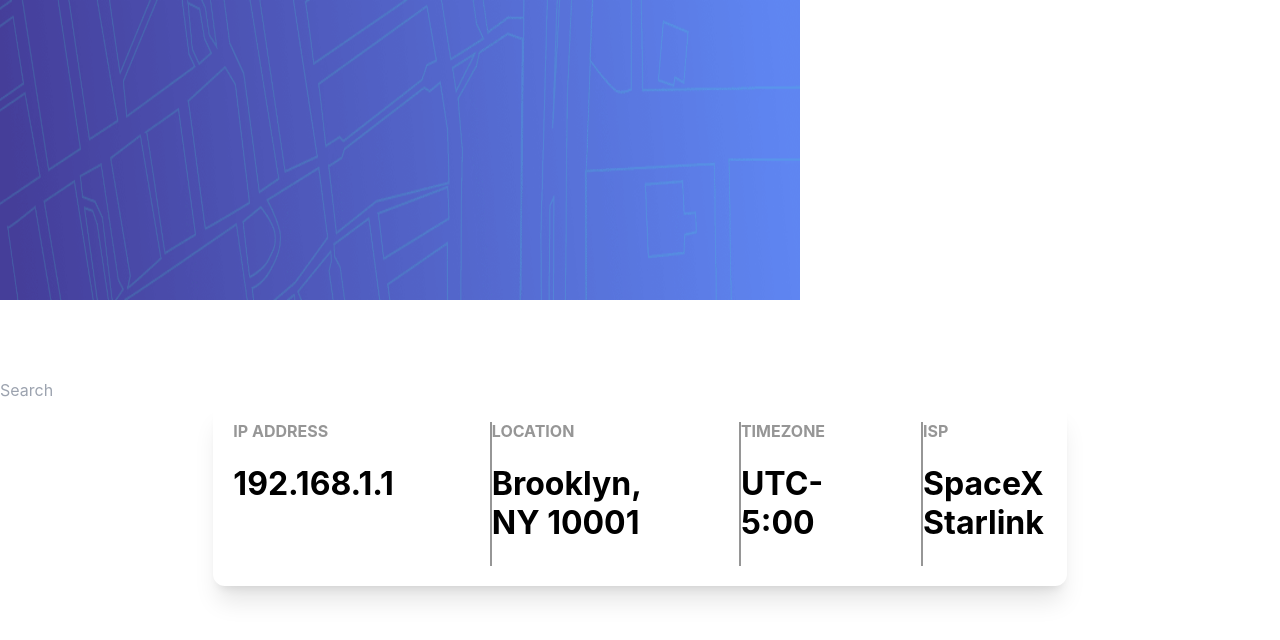
Repository: Dealsy/IP-Tracker
Page: /
These files come from the project's save history. The page is drawn as it stood at one moment and after the next save; the edit follows.
The browser window is 1280 px wide. The pictures show the whole page.
The project was rebuilt for these pictures with package versions that can differ from the ones it lists, and the page was loaded fresh each time. The framework's server and built-in components were replaced by stand-ins that run in the browser. Also part of the build but not shown: next.config.js.

Above is the page before, as saved 2022-04-21 21:41:48.

### pages/index.js
import Head from "next/head";
import Image from "next/image";
import Backdrop from "../images/pattern-bg.png";

export default function Home() {
  return (
    <div>
      <Head>
        <title>Create Next App</title>
        <meta name="description" content="Generated by create next app" />
        <link rel="icon" href="/favicon.ico" />
      </Head>

      <main>
        <div>
          <Image
            src={Backdrop}
            alt="Picture of backdrop"
            width={800}
            height={300}
          />

          <h1 className="text-white">IP Address Tracker</h1>
          <input type="search" placeholder="Search" />
        </div>
        <div className="flex flex-row justify-evenly border-0 shadow-xl w-4/6 m-auto rounded-xl p-5">
          <div className=" border-r-2 border-Gray pr-24">
            <h3>IP ADDRESS</h3>
            <h2> 192.168.1.1 </h2>
          </div>
          <div className=" border-r-2 border-Gray pr-24">
            <h3> LOCATION </h3>
            <h2> Brooklyn, NY 10001 </h2>
          </div>
          <div className=" border-r-2 border-Gray pr-24">
            <h3>TIMEZONE</h3>
            <h2> UTC-5:00 </h2>
          </div>
          <div>
            <h3>ISP</h3>
            <h2>SpaceX Starlink</h2>
          </div>
        </div>
      </main>

      <footer></footer>
    </div>
  );
}

### styles/globals.css
@tailwind base;
@tailwind components;
@tailwind utilities;


h1 {
  font-size: 2.5rem;
  font-weight: 700;
  line-height: 1.2;
  margin-bottom: 1.5rem;
}

h2 {
  font-size: 2rem;
  font-weight: 700;
  line-height: 1.2;
  margin-bottom: 1.5rem;
}

h3 {
  font-size: 1rem;
  font-weight: 700;
  line-height: 1.2;
  margin-bottom: 1.5rem;
  color: #969696;
}


html,
body {
  padding: 0;
  margin: 0;
  font-family: -apple-system, BlinkMacSystemFont, Segoe UI, Roboto, Oxygen,
    Ubuntu, Cantarell, Fira Sans, Droid Sans, Helvetica Neue, sans-serif;
}

a {
  color: inherit;
  text-decoration: none;
}

* {
  box-sizing: border-box;
}

### tailwind.config.js
module.exports = {
  content: [
    "./pages/**/*.{js,ts,jsx,tsx}",
    "./components/**/*.{js,ts,jsx,tsx}",
  ],
  theme: {
    extend: {
      colors: {
        "Dark-Gray": "#2b2b2b",
        Gray: "#969696",
      },
    },
  },
  plugins: [],
};

Loaded but not shown: pages/_app.js (common file)

After the next save:
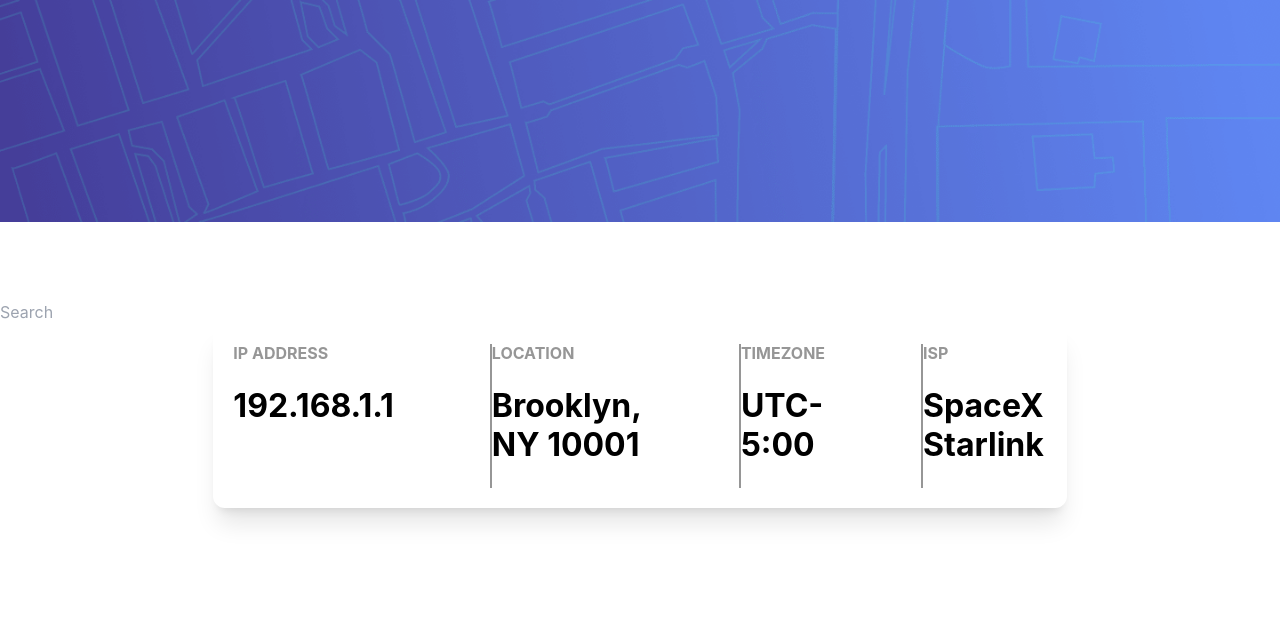
Saved 46 s later.
--- a/pages/index.js
+++ b/pages/index.js
@@ -13,12 +13,7 @@ export default function Home() {
 
       <main>
         <div>
-          <Image
-            src={Backdrop}
-            alt="Picture of backdrop"
-            width={800}
-            height={300}
-          />
+          <Image src={Backdrop} alt="Picture of backdrop" height={300} />
 
           <h1 className="text-white">IP Address Tracker</h1>
           <input type="search" placeholder="Search" />
